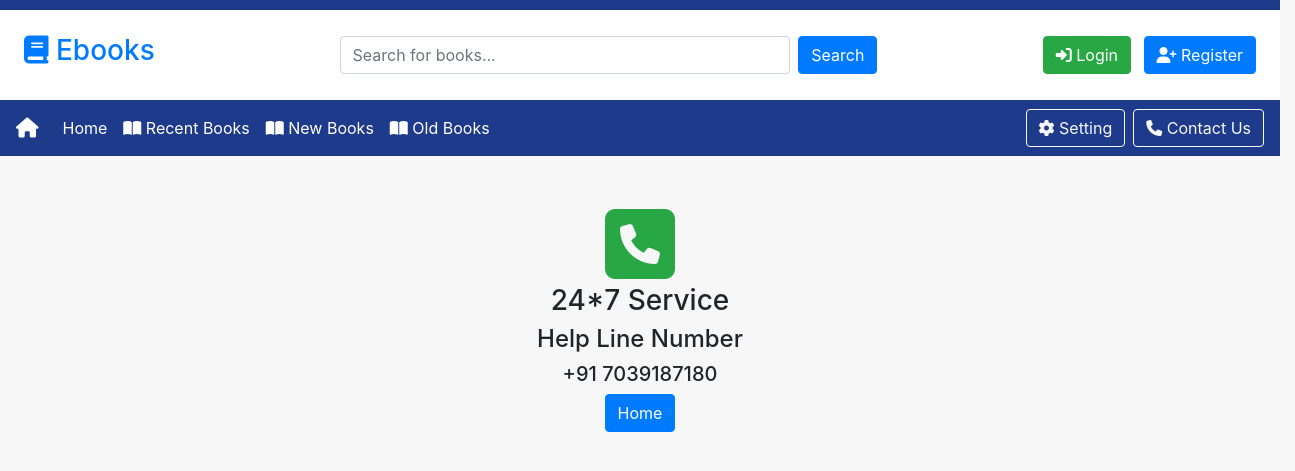
Repository: ShivammGiri29/Ebook
Page: http://localhost/Ebook-App/helpline.jsp
The author's editor kept a copy of each file at every save. The page is drawn from the files as they stood at one save, then again after the next save.
The browser window is 1280 px wide. The page is 1295 px wide, so the pictures cover 1295 px, including what lies to the right of the window. The pictures show the whole page.
Some web libraries are served in a nearby version. The page is served by Tomcat 9. Other server files are loaded and not shown.

Above is the page before, as saved 2025-09-15 02:23:59.

### Ebook-App/src/main/webapp/helpline.jsp
<%@ page language="java" contentType="text/html; charset=UTF-8"
	pageEncoding="UTF-8"%>
<!DOCTYPE html>
<html>
<head>
<meta charset="UTF-8">
<title>HelpLine</title>
<%@include file="all_component/allCss.jsp"%>

</head>
<body style="background-color: #f7f7f7;">
	<%@include file="all_component/nav.jsp"%>
	<div class="containerr">
		<div class="row p-5">
			<div class="col-md-4 offset-md-4 text-center">
				<div class="text-success ">
					<i class="fa-solid fa-phone-square fa-5x"></i>
				</div>
				<h3>24*7 Service</h3>
				<h4>Help Line Number</h4>
				<h5>+91 7039187180</h5>
				<a href="index.jsp" class="btn btn-primary">Home</a>
			</div>
		</div>
	</div>

</body>
</html>

### Ebook-App/src/main/webapp/all_component/allCss.jsp
<link rel="stylesheet"
	href="https://cdn.jsdelivr.net/npm/bootstrap@4.0.0/dist/css/bootstrap.min.css"
	integrity="sha384-Gn5384xqQ1aoWXA+058RXPxPg6fy4IWvTNh0E263XmFcJlSAwiGgFAW/dAiS6JXm"
	crossorigin="anonymous">
<script src="https://code.jquery.com/jquery-3.2.1.slim.min.js"
	integrity="sha384-KJ3o2DKtIkvYIK3UENzmM7KCkRr/rE9/Qpg6aAZGJwFDMVNA/GpGFF93hXpG5KkN"
	crossorigin="anonymous"></script>
<script
	src="https://cdn.jsdelivr.net/npm/popper.js@1.12.9/dist/umd/popper.min.js"
	integrity="sha384-ApNbgh9B+Y1QKtv3Rn7W3mgPxhU9K/ScQsAP7hUibX39j7fakFPskvXusvfa0b4Q"
	crossorigin="anonymous"></script>
<script
	src="https://cdn.jsdelivr.net/npm/bootstrap@4.0.0/dist/js/bootstrap.min.js"
	integrity="sha384-JZR6Spejh4U02d8jOt6vLEHfe/JQGiRRSQQxSfFWpi1MquVdAyjUar5+76PVCmYl"
	crossorigin="anonymous"></script>
<link rel="stylesheet"
	href="https://cdnjs.cloudflare.com/ajax/libs/font-awesome/6.7.2/css/all.min.css"
	integrity="sha512-Evv84Mr4kqVGRNSgIGL/F/aIDqQb7xQ2vcrdIwxfjThSH8CSR7PBEakCr51Ck+w+/U6swU2Im1vVX0SVk9ABhg=="
	crossorigin="anonymous" referrerpolicy="no-referrer" />

<link rel="stylesheet" href="all_component/style.css">

### Ebook-App/src/main/webapp/all_component/nav.jsp
<%@ taglib prefix="c" uri="http://java.sun.com/jsp/jstl/core"%>
<%@page isELIgnored="false"%>

<!-- Top Thin Bar -->
<div class="container-fluid" style="height: 10px; background-color: #1E3A8A;"></div>

<!-- Logo + Search + User Section -->
<div class="container-fluid p-4 bg-white shadow-sm">
  <div class="row align-items-center">

    <!-- Logo -->
    <div class="col-md-3 text-primary">
      <h3>
        <i class="fa-solid fa-book"></i> Ebooks
      </h3>
    </div>

    <!-- Search -->
    <div class="col-md-6">
      <form class="form-inline my-2 my-lg-0" action="search.jsp" method="post">
        <input class="form-control mr-sm-2 w-75" type="search" name="ch"
          placeholder="Search for books..." aria-label="Search">
        <button class="btn btn-primary my-2 my-sm-0" type="submit">Search</button>
      </form>
    </div>

    <!-- User Section -->
    <c:if test="${not empty userobj}">
      <div class="col-md-3 text-right">
        <a href="checkout.jsp" class="btn btn-outline-primary mr-2">
          <i class="fa-solid fa-cart-plus"></i>
        </a>
        <a href="#" class="btn btn-success mr-2">
          <i class="fa-solid fa-user"></i> ${userobj.name}
        </a>
        <a href="logout" class="btn btn-danger text-white">
          <i class="fa-solid fa-right-to-bracket"></i> Logout
        </a>
      </div>
    </c:if>

    <c:if test="${empty userobj}">
      <div class="col-md-3 text-right">
        <a href="login.jsp" class="btn btn-success mr-2">
          <i class="fa-solid fa-right-to-bracket"></i> Login
        </a>
        <a href="register.jsp" class="btn btn-primary text-white">
          <i class="fa-solid fa-user-plus"></i> Register
        </a>
      </div>
    </c:if>
  </div>
</div>

<!-- Navbar -->
<nav class="navbar navbar-expand-lg" style="background-color: #1E3A8A;">
  <a class="navbar-brand text-white" href="#"><i class="fa-solid fa-house"></i></a>
  <button class="navbar-toggler text-white" type="button" data-toggle="collapse"
    data-target="#navbarSupportedContent" aria-controls="navbarSupportedContent"
    aria-expanded="false" aria-label="Toggle navigation">
    <span class="navbar-toggler-icon"></span>
  </button>

  <div class="collapse navbar-collapse" id="navbarSupportedContent">
    <ul class="navbar-nav mr-auto">
      <li class="nav-item"><a class="nav-link text-white" href="index.jsp">Home</a></li>
      <li class="nav-item"><a class="nav-link text-white" href="all_recent_book.jsp"><i class="fa-solid fa-book-open"></i> Recent Books</a></li>
      <li class="nav-item"><a class="nav-link text-white" href="all_new_book.jsp"><i class="fa-solid fa-book-open"></i> New Books</a></li>
      <li class="nav-item"><a class="nav-link text-white" href="all_old_book.jsp"><i class="fa-solid fa-book-open"></i> Old Books</a></li>
    </ul>
    <form class="form-inline my-2 my-lg-0">
      <a href="setting.jsp" class="btn btn-outline-light my-2 my-sm-0">
        <i class="fa-solid fa-gear"></i> Setting
      </a>
      <a href="helpline.jsp" class="btn btn-outline-light my-2 my-sm-0 ml-2">
        <i class="fa-solid fa-phone"></i> Contact Us
      </a>
    </form>
  </div>
</nav>

<!-- Custom Hover Style -->
<style>
  .navbar a.nav-link:hover {
    color: #60A5FA !important; /* Sky blue hover */
  }
  .navbar-brand:hover {
    color: #93C5FD !important;
  }
</style>

### Ebook-App/src/main/webapp/all_component/style.css
.bg-custom{
	background-color:#303f9f;
}
.navbar .nav-item:hover .nav-link{
	background-color:white;
	color:black;
	border-radius:15px;
}

After the next save:
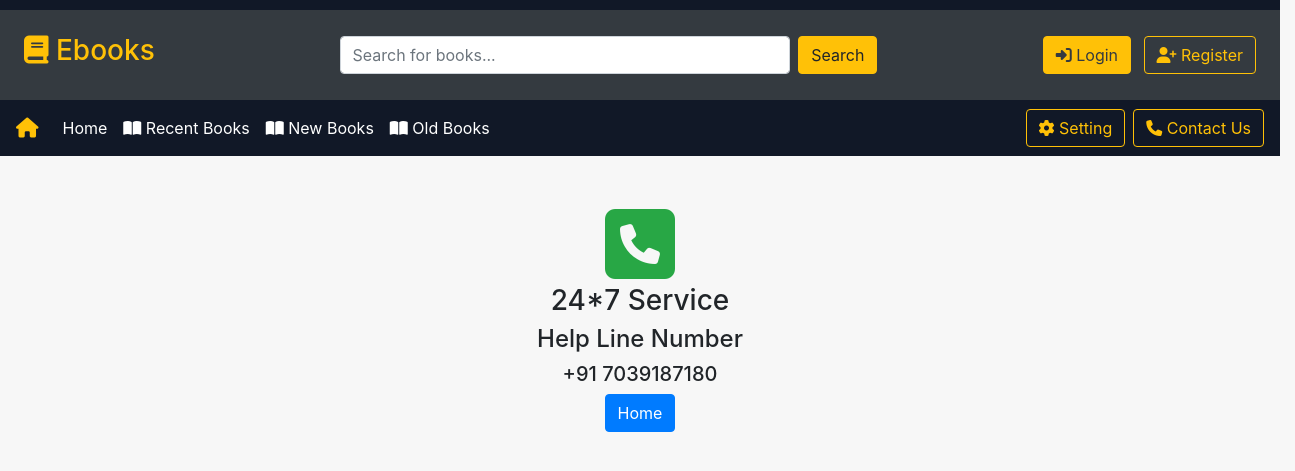
Saved 4 min 43 s later.
--- a/Ebook-App/src/main/webapp/all_component/nav.jsp
+++ b/Ebook-App/src/main/webapp/all_component/nav.jsp
@@ -2,14 +2,14 @@
 <%@page isELIgnored="false"%>
 
 <!-- Top Thin Bar -->
-<div class="container-fluid" style="height: 10px; background-color: #1E3A8A;"></div>
+<div class="container-fluid" style="height: 10px; background-color: #111827;"></div>
 
 <!-- Logo + Search + User Section -->
-<div class="container-fluid p-4 bg-white shadow-sm">
+<div class="container-fluid p-4 bg-dark text-white shadow-sm">
   <div class="row align-items-center">
 
     <!-- Logo -->
-    <div class="col-md-3 text-primary">
+    <div class="col-md-3 text-warning">
       <h3>
         <i class="fa-solid fa-book"></i> Ebooks
       </h3>
@@ -20,17 +20,17 @@
       <form class="form-inline my-2 my-lg-0" action="search.jsp" method="post">
         <input class="form-control mr-sm-2 w-75" type="search" name="ch"
           placeholder="Search for books..." aria-label="Search">
-        <button class="btn btn-primary my-2 my-sm-0" type="submit">Search</button>
+        <button class="btn btn-warning my-2 my-sm-0" type="submit">Search</button>
       </form>
     </div>
 
     <!-- User Section -->
     <c:if test="${not empty userobj}">
       <div class="col-md-3 text-right">
-        <a href="checkout.jsp" class="btn btn-outline-primary mr-2">
+        <a href="checkout.jsp" class="btn btn-outline-warning mr-2">
           <i class="fa-solid fa-cart-plus"></i>
         </a>
-        <a href="#" class="btn btn-success mr-2">
+        <a href="#" class="btn btn-warning text-dark mr-2">
           <i class="fa-solid fa-user"></i> ${userobj.name}
         </a>
         <a href="logout" class="btn btn-danger text-white">
@@ -41,10 +41,10 @@
 
     <c:if test="${empty userobj}">
       <div class="col-md-3 text-right">
-        <a href="login.jsp" class="btn btn-success mr-2">
+        <a href="login.jsp" class="btn btn-warning text-dark mr-2">
           <i class="fa-solid fa-right-to-bracket"></i> Login
         </a>
-        <a href="register.jsp" class="btn btn-primary text-white">
+        <a href="register.jsp" class="btn btn-outline-warning">
           <i class="fa-solid fa-user-plus"></i> Register
         </a>
       </div>
@@ -53,8 +53,8 @@
 </div>
 
 <!-- Navbar -->
-<nav class="navbar navbar-expand-lg" style="background-color: #1E3A8A;">
-  <a class="navbar-brand text-white" href="#"><i class="fa-solid fa-house"></i></a>
+<nav class="navbar navbar-expand-lg" style="background-color: #111827;">
+  <a class="navbar-brand text-warning" href="#"><i class="fa-solid fa-house"></i></a>
   <button class="navbar-toggler text-white" type="button" data-toggle="collapse"
     data-target="#navbarSupportedContent" aria-controls="navbarSupportedContent"
     aria-expanded="false" aria-label="Toggle navigation">
@@ -69,10 +69,10 @@
       <li class="nav-item"><a class="nav-link text-white" href="all_old_book.jsp"><i class="fa-solid fa-book-open"></i> Old Books</a></li>
     </ul>
     <form class="form-inline my-2 my-lg-0">
-      <a href="setting.jsp" class="btn btn-outline-light my-2 my-sm-0">
+      <a href="setting.jsp" class="btn btn-outline-warning my-2 my-sm-0">
         <i class="fa-solid fa-gear"></i> Setting
       </a>
-      <a href="helpline.jsp" class="btn btn-outline-light my-2 my-sm-0 ml-2">
+      <a href="helpline.jsp" class="btn btn-outline-warning my-2 my-sm-0 ml-2">
         <i class="fa-solid fa-phone"></i> Contact Us
       </a>
     </form>
@@ -82,9 +82,9 @@
 <!-- Custom Hover Style -->
 <style>
   .navbar a.nav-link:hover {
-    color: #60A5FA !important; /* Sky blue hover */
+    color: #FBBF24 !important; /* Gold hover */
   }
   .navbar-brand:hover {
-    color: #93C5FD !important;
+    color: #FFD700 !important; /* Premium Gold */
   }
 </style>
